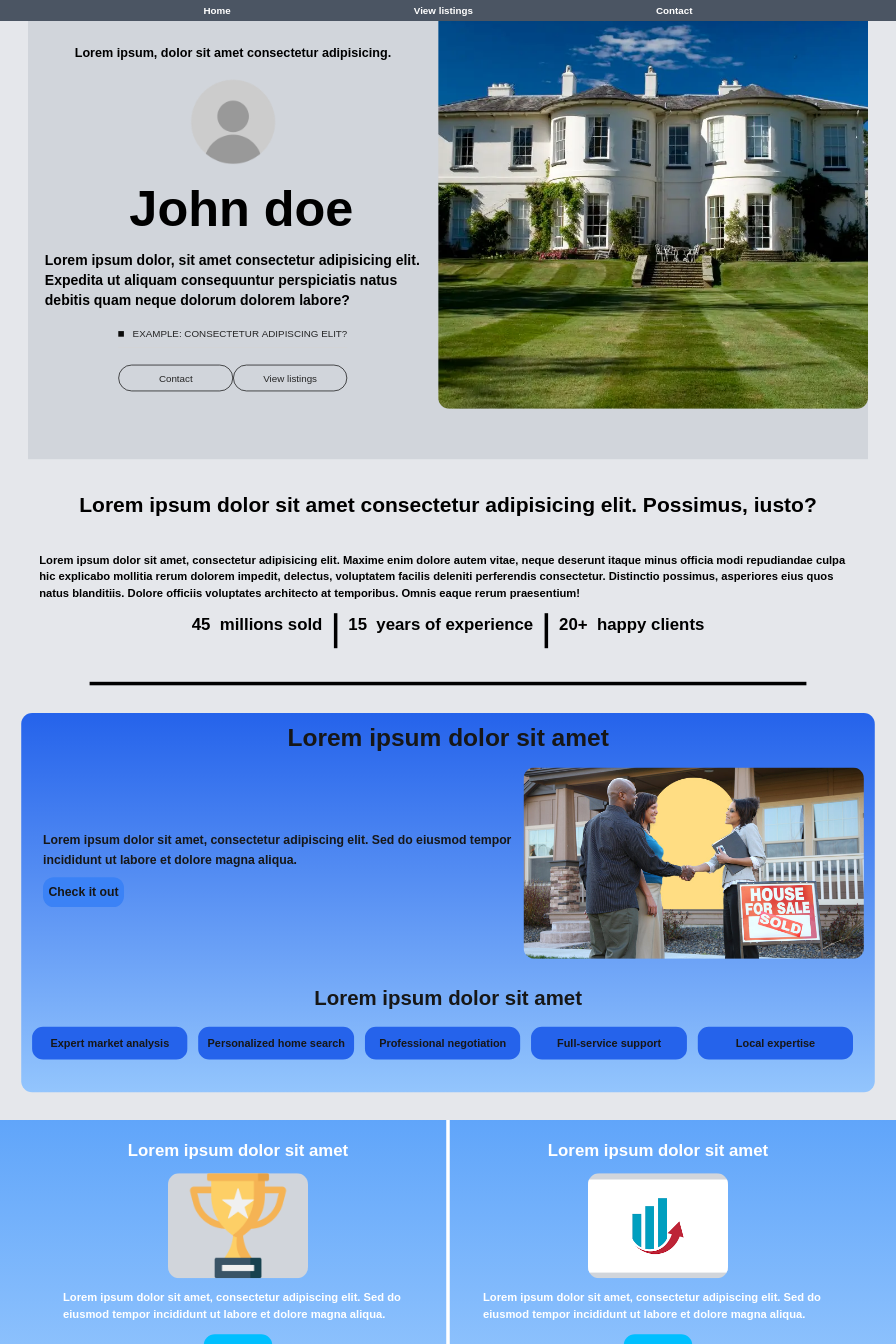
Repository: TMuse333/single-page-real-estate
Page: / (app in frontend/)
An editor plug-in stored every save of this project. The page is shown before and after the next save, followed by the edit.
The browser window is 1280 px wide. The pictures show the part of the page from y = 0 to 1920 px (the page is 6391 px tall), at 70% of full size.
The project was rebuilt for these pictures with package versions that can differ from the ones it lists, and the page was loaded fresh each time. The framework's server and built-in components were replaced by stand-ins that run in the browser. Also part of the build but not shown: frontend/next.config.mjs.

Above is the page before, as saved 2024-12-05 15:41:09.

### frontend/src/app/layout.tsx
import { ContextProvider } from "@/context/context";
import type { Metadata } from "next";
import localFont from "next/font/local";
import "./globals.css";

const geistSans = localFont({
  src: "./fonts/GeistVF.woff",
  variable: "--font-geist-sans",
  weight: "100 900",
});
const geistMono = localFont({
  src: "./fonts/GeistMonoVF.woff",
  variable: "--font-geist-mono",
  weight: "100 900",
});

export const metadata: Metadata = {
  title: "Bonnie Hutchins",
  description: "A sample website for Bonnie Hutchins",
};

export default function RootLayout({
  children,
}: Readonly<{
  children: React.ReactNode;
}>) {
  return (
    <html lang="en">
      <ContextProvider>


      <body
        className={`${geistSans.variable} ${geistMono.variable} antialiased`}
      >
        {children}
      </body>
      </ContextProvider>
    </html>
  );
}

### frontend/src/app/page.tsx
"use client"


import AuroraHero from "../components/auroraHero/auroraHero";
import CountUpStats from "../components/countUpStats/countUpStats";
import ExperienceCard from "../components/experienceCard/experienceCard";
import { experienceCard1, experienceCard2 ,experienceCard3,
 displayBox1, displayBox2,blogData, closingStatement, contactCard} from "@/data/data";
// import ImageTextBox from "./components/imageTextBox/imageTextBox";
import DisplayBoxes from "../components/displayBox/displayBox";
import Testimonials from "../components/testimonials/testimonials";
import ScrollCarousel from "../components/scrollCarousel/scrollCarousel";
import Closer from "../components/closer/closer";
import BigNav from "../components/navbar/bigNav";
import Footer2 from "../components/footer/footer";
import ContactCard from "../components/contactCard/contactCard";
import Herobanner from "@/components/herobanner/herobanner";
export default function Home() {
  return (
    <>

   <main className="relative w-screen overflow-x-hidden
   bg-gray-200 ">
   <BigNav
    excludedLink=""
    />
    {/* <AuroraHero/> */}
    <Herobanner/>
    <CountUpStats
    number1="45"
    number2="15.5"
    number3="20"/>

<ExperienceCard
    {...experienceCard2}
    />

    <DisplayBoxes
    data={displayBox1}
    />



<ExperienceCard
    {...experienceCard3}
    />



    <DisplayBoxes
    data={displayBox2}
    />

  <ExperienceCard
    {...experienceCard1}
    />

    <Testimonials/>

    <ScrollCarousel
    images={blogData}
    bgImage
    />



    <Closer
    {...closingStatement}
    />

<ContactCard
    {...contactCard}
    />

    <Footer2
    excludedLink=""
    />


   </main>
   </>
  );
}

### frontend/src/context/context.tsx
"use client"

import React, { createContext, useState, useContext, ReactNode, useEffect } from 'react';

// Define the type for the context value
interface GeneralContextType {

  isMobile: boolean;
  setIsMobile: React.Dispatch<React.SetStateAction<boolean>>;
  heroInView: boolean;
  setHeroInView: React.Dispatch<React.SetStateAction<boolean>>;


}

// Create the context
export const GeneralContext = createContext<GeneralContextType | undefined>(undefined);

// Create a provider component
export const ContextProvider: React.FC<{ children: ReactNode }> = ({ children }) => {
  // Initialize the value state


  // Detect mobile devices
  const [isMobile, setIsMobile] = useState<boolean>(true);

const [heroInView, setHeroInView] = useState(true)





  useEffect(() => {
    const handleScroll = () => {
      if (typeof window !== 'undefined') {
        setIsMobile(window.innerWidth <= 865);
      }
    };

    if (typeof window !== 'undefined') {
      window.addEventListener('scroll', handleScroll);
      handleScroll(); // Initial check
    }

    return () => {
      if (typeof window !== 'undefined') {
        window.removeEventListener('scroll', handleScroll);
      }
    };
  }, []);


  useEffect(() => {
    console.log('is mobile', isMobile);
  }, [isMobile]);

  const contextValue = {

    isMobile,
    setIsMobile,
    heroInView, setHeroInView

  };

  return <GeneralContext.Provider value={contextValue}>{children}</GeneralContext.Provider>;
};

export const useGeneralContext = (): GeneralContextType => {
  const context = useContext(GeneralContext);
  if (!context) {
    throw new Error('useGeneralContext must be used within a ContextProvider');
  }
  return context;
};

### frontend/src/components/countUpStats/countUpStats.tsx
"use client"
import React, {useRef} from "react";
import CountUp from "react-countup";
import { useInView} from 'framer-motion'

interface Props {
  number1: string;
  number2: string;
  number3: string;
}

const CountUpStats: React.FC<Props> = ({ number1, number2, number3 }) => {

    const ref = useRef(null)
    const inView = useInView(ref,{
        once:true
    })
  return (
    <>
    <section   ref={ref}
    className="mx-auto w-screen max-w-[1200px]
    text-black">
         <h2 className="text-center px-4 font-bold text-2xl sm:text-3xl
         my-12">Lorem ipsum dolor sit amet consectetur adipisicing elit. Possimus, iusto?</h2>
         <p className="font-semibold px-4">
            Lorem ipsum dolor sit amet, consectetur adipisicing elit. Maxime enim dolore autem vitae, neque deserunt itaque minus officia modi repudiandae culpa hic explicabo mollitia rerum dolorem impedit, delectus, voluptatem facilis deleniti perferendis consectetur. Distinctio possimus, asperiores eius quos natus blanditiis. Dolore officiis voluptates architecto at temporibus. Omnis eaque rerum praesentium!
         </p>

    <section

      className="flex mx-auto flex-col justify-center items-center mt-4
      md:flex-row font-semibold"
    >

      {/* Number 1 */}
      <div className="text-2xl mb-6 flex flex-col
      justify-center md:flex-row items-start ">
        <CountUp start={0}
          end={inView ? parseInt(number1) : 0}
         duration={2} />
         &nbsp; millions sold
         <div className="w-[50vw] h-[5px] bg-black mb-6
      md:h-[50px] md:w-[5px] mx-4 " />
      </div>

      {/* Divider */}


      {/* Number 2 */}
      <div className="text-2xl mb-6 flex flex-col
      justify-center md:flex-row items-start ">
        <CountUp start={0}
          end={inView ? parseInt(number2) : 0}
         duration={2} />
         &nbsp; years of experience
         <div className="w-[50vw] h-[5px] bg-black mb-6
      md:h-[50px] md:w-[5px] mx-4 " />
      </div>

      {/* Number 3 */}
      <div className="text-2xl mb-6 flex flex-col
      justify-center md:flex-row items-start mb-auto">
        <CountUp start={0}
          end={inView ? parseInt(number3) : 0}
         duration={2} />
         +&nbsp; happy clients

      </div>
    </section>
    </section>

    <div className="w-[80vw] max-w-[1200px]
    mx-auto h-[5px] bg-black"
    />

    </>
  );
};

export default CountUpStats;

### frontend/src/components/displayBox/displayBox.tsx
import React from "react";
import Image from 'next/image'
import Link from "next/link";


interface ElementProps {
    title:string,
    src:string,
    alt:string,
    description:string,
    buttonText:string,
    destination:string
}

const Element:React.FC<ElementProps> = ({
    title,src,alt,description,buttonText,
    destination
}) => {

    return (
        <section className="w-[90vw] mx-auto flex
        mt-2
        flex-col justify-center items-center relative

        sm:w-[45vw] max-w-[500px] mb-8">
            <h2 className="text-white text-center
            text-2xl mb-4 font-semibold">{title}</h2>
            <Image
            src={src}
            alt={alt}
            width={600}
            height={1300}
            className='w-[40vw]  h-[20vw]
            max-h-[150px] mx-auto object-contain
            max-w-[200px] bg-gray-300 rounded-2xl'
            />
            <p className="text-white my-4 font-semibold">{description}</p>
            <button className="bg-[#00bfff]
            p-2 rounded-2xl text-white">
                <Link href={destination}>
                    {buttonText}
                </Link>
            </button>


        </section>

    )
}

interface DisplayBoxProps {
    data:ElementProps[]
}

    const DisplayBoxes:React.FC<DisplayBoxProps> = ({
        data
    }) => {

        return (
            <section className="w-screen relative
            bg-gradient-to-b from-blue-400 to-blue-300 "
            >


            <section className="flex flex-col
            sm:grid grid-cols-2 justify-center
            items-center max-w-[1200px]
            mx-auto bg-gradient-to-b from-blue-400 to-blue-300
             pt-5">
                <div className="absolute
                top-1/2 w-full
                 sm:top-0
                left-1/2 -translate-x-1/2 h-[5px]
                 md:h-full
                sm:w-[5px] bg-white"/>
                {data.map((data, index) => (
                    <Element
                    {...data}
                    key={index}
                    />
                ))}
            </section>
            </section>

        )
    }


    export default DisplayBoxes

### frontend/src/components/closer/closer.tsx
"use client"

import React, { useRef} from "react";
import Link from "next/link";
import {motion, useInView} from 'framer-motion'
import Image from "next/image";


interface Props {
    image:string,
    title:string,
    description:string,
    buttonText:string,
    destination:string

}

const Closer: React.FC<Props> = ({image,title,description,
destination,buttonText}) => {

    const ref = useRef(null)

    const inView = useInView(ref,{
        once:true
    })

      const variants = {
        initial:{
            opacity:0,
            x:-100
        },
        animate:{
            x:0,
            opacity:1,
            transition:{
                opacity:{
                    duration:0.5
                }
            }
        }

      }

      const textVariants = {
        initial:{
            y:-20,
            opacity:0
        },
        animate:{
            opacity:1,
            y:0,
            transition:{
                delay:0.5
            }
        }
      }

    return (
        <motion.section ref={ref}

        className={`w-screen text-white h-[600px]
        relative flex flex-col items-center justify-center
        bg-center
        `}
        variants={variants}
        initial='initial'
        animate={inView ? 'animate' : 'initial'}
        >
            <Image src={image}
            alt="A background image of cash to signifies how you cash sell your houses fast for cash with ontario cash for houses"
            className='absolute w-full h-full
            object-cover'
                style={{
                    filter:'brightness(0.6)'
                }}
                width={600}
                height={1300}
            />

            <motion.div className="-mt-12 relative z-[4]"
              variants={textVariants}
              initial='initial'
              animate={inView ? 'animate' : 'initial'}>
            <motion.h4

            className="pl-4 text-3xl  ">{title}
            </motion.h4>

            <p className="mt-4 text-left pl-4 pr-4
            max-w-[800px] sm:text-xl ">{description}</p>

            <Link href={destination}
            passHref>
                <button className="mt-6 text-black
                bg-white ml-4 hover:bg-blue-500
                transition-all hover:text-white
                hover:scale-[1.05] p-3
                rounded-xl">
                {buttonText}
                </button>
            </Link>
            </motion.div>
        </motion.section>
    )
}

export default Closer

### frontend/src/components/contactCard/contactCard.tsx
import Image from "next/image";
import Link from "next/link";
import React from "react";



interface Props {
    src:string,
    alt:string,
    name:string,
    title:string
    description:string,
    quote:string
    phone:string,
    email:string,
    socials:{
        src:string,
        destination:string,
        alt:string
    }[]
}


const ContactCard:React.FC<Props> = ({
    src,alt,name,
    phone,email,socials,title,quote
}) => {


    return (
        <section className="mx-auto flex flex-col
        md:flex-row max-w-[1200px] my-12">
            <section className="text-center
            md:w-[33vw] max-w-[400px]">
                <h3 className="mb-2 font-bold
                text-3xl">{name}</h3>
                <h4 className="mb-2 font-semibold
                whitespace-pre-line">{title}</h4>
                <p className="mb-2 px-4">{quote}</p>
            </section>
            <section className="md:w-[33vw] max-w-[400px]">
                <Image
                src={src}
                alt={alt}
                className='w-[70vw]
                object-contain mx-auto
                max-w-[200px] hax-h-[250px]'
                width={600}
                height={1300}
                />
            </section>
            <section className="text-center  md:w-[33vw] max-w-[400px]">
                <h3 className="mb-2 text-2xl font-semibold">Contact Information</h3>
                <p className="mb-2 font-semibold">{phone}</p>
                <p className="mb-2 font-semibold whitespace-pre-line

                leading-6">{email}</p>
                {/* <ul className="flex items-center w-full
                ">
                    {socials.map((social,index)=>(
                        <li className="mx-auto"
                        key={index}
                        >
                            <Image
                            src={social.src}
                            alt={social.alt}
                            className='w-[100px]
                            object-contain'
                            width={600}
                            height={1300}
                            />
                            <Link
                            href={social.destination}
                            />
                        </li>
                    ))}
                </ul> */}
            </section>

        </section>
    )
}

export default ContactCard

### frontend/src/components/herobanner/herobanner.tsx
import Image from "next/image";
// import Link from "next/link";
import React from "react";
// import tom from '../../../public/thomas-full-body-1-nogb.png'
// import full from '../../../public/smile-tom.png'
import side from '../../../public/placeholder.png'
import home from '../../../public/home.webp'
import { TypeWriter } from "../typeWriter/typeWriter";
// import half from '../../../public/smiley-tom-half.png'
const Herobanner = () => {

    return (


       <header className="flex flex-col md:flex-row
       md:h-screen relative items-center
       mx-auto max-w-[1200px] text-black
       md:mt-[-4rem]  bg-gray-300"
    //    style={{
    //     background: 'radial-gradient(circle, #00bfff -150%, rgba(0, 191, 255, 0%) 80%)'
    //   }}
      >

        <section className="flex flex-col
        md:w-[50vw] justify-center
        items-center bg-gray-300 py-4">
             <h2 className="mx-auto p-3
             text-center
           text-lg mt-4 font-semibold ">
           Lorem ipsum, dolor sit amet consectetur adipisicing.

            </h2>


            <Image
            src={side}


            height={600}
            width={1300}
            alt='A full body image of Thomas Musial'
            className="w-[80vw] h-[20vh] object-contain mx-auto
           rounded-full bg-gray-600 md:bg-transparent

            "
            />
            <h1 className="font-semibold
            text-5xl sm:text-6xl md:text-7xl
             mt-4 text-center md:text-start md:pl-6">John doe</h1>
            <p className="mx-auto p-6 font-semibold
            text-xl">
              Lorem ipsum dolor, sit amet consectetur adipisicing elit. Expedita ut aliquam consequuntur perspiciatis natus debitis quam neque dolorum dolorem labore?
            </p>
            <TypeWriter
            />
            {/* <section className="flex mr-auto ml-6">
                <button className="bg-[#00bfff] p-3
                rounded-2xl mr-6">Contact</button>
                <button className="bg-[#00bfff] p-3
                rounded-2xl mr-6">View listings</button>
            </section> */}
            </section>

            <Image
            src={home}


            height={600}
            width={1300}
            alt='A full body image of Thomas Musial'
            className="w-[48vw] hidden rounded-2xl  object-cover mx-auto
 bg-gray-300  md:block h-[80vh] mt-auto mb-auto


            "
            />






       </header>
    )
}

export default Herobanner

### frontend/src/components/slidingText/slidingText.tsx
import React, { useRef, useState } from "react";
import { motion, useScroll, useTransform, useMotionValueEvent } from "framer-motion";
import { useGeneralContext } from "@/context/context";

interface TextProps {
    text: string;
    setSlideComplete?: React.Dispatch<React.SetStateAction<boolean>>;
    reverse?:boolean,
    subText?:string
}

const SlidingText: React.FC<TextProps> = ({ text, setSlideComplete,
reverse,subText }) => {
    // Reference to the target element to track scroll position
    const targetRef = useRef(null);

    const {isMobile} = useGeneralContext()

    // State to track when slide is complete
    const [slideComplete, setLocalSlideComplete] = useState(false);

    // Get scroll progress relative to the targetRef
    const { scrollYProgress } = useScroll({
        target: targetRef,
        offset: ["end end", "end start"], // Adjust these offsets as needed
    });

    // Transform scroll progress to x position, scale, and opacity
    const x = useTransform(scrollYProgress, [0, isMobile ? 0.4 : 0.6], [!reverse ? 350 : -350, 0]); // Adjust as needed
    const opacity = useTransform(scrollYProgress, [0, 0.2, 0.55], [0, 0.0, 1]);

    // Monitor changes in the `x` value and set `slideComplete` to true when x reaches 0


    useMotionValueEvent(x,"change",(latest) => {
        if(latest === 0 && !slideComplete){
            setLocalSlideComplete(true)
            if (setSlideComplete) {
                console.log('skdie complete true')
                setSlideComplete(true);
            }
        }

    })

    return (
        <div ref={targetRef}>
            <motion.h2
                className=" bg-gradient-to-b from-white to-gray-300 bg-clip-text text-transparent
                text-3xl sm:text-4xl md:text-5xl lg:text-6xl font-semibold text-center relative transition-colors
                mb-8"
                // style={!slideComplete ? { x, opacity } : {}} // Apply the animated styles
                style={{ x, opacity }}
                // Apply the gradient flow when slideComplete is true
                whileInView={
                    slideComplete
                        ? {
                              backgroundImage: [
                                  "linear-gradient(to right, #00e0ff, #00a2e4, #00e0ff)", // Default colors
                                  "linear-gradient(to right, #33e8ff, #33b5d6, #33e8ff)", // Brighter colors
                                  "linear-gradient(to right, #00e0ff, #00a2e4, #00e0ff)",  // Back to default
                              ],
                              transition: {
                                  repeat: Infinity,
                                  repeatType: "mirror",
                                  duration: 3, // Control how fast the gradient oscillates
                              },
                          }
                        : {}
                }
            >
                {text}
            </motion.h2>
            {subText && (
                <motion.h3 className={`w-[80vw] mx-auto text-xl
                transition-opacity
                sm:text-2xl ${slideComplete ? 'opacity-1' : 'opacity-0'}`}>
                    {subText}
                </motion.h3>
            )}
        </div>
    );
};

export default SlidingText;

Loaded but not shown: frontend/src/app/globals.css (common file); frontend/tailwind.config.ts (common file); frontend/src/components/navbar/bigNav.tsx (512 lines, source omitted); frontend/src/components/experienceCard/experienceCard.tsx (191 lines, source omitted); frontend/src/data/data.ts (173 lines, source omitted); frontend/src/components/testimonials/testimonials.tsx (127 lines, source omitted); frontend/src/components/scrollCarousel/scrollCarousel.tsx (161 lines, source omitted); frontend/src/components/footer/footer.tsx (178 lines, source omitted); frontend/src/components/typeWriter/typeWriter.tsx (129 lines, source omitted)

After the next save:
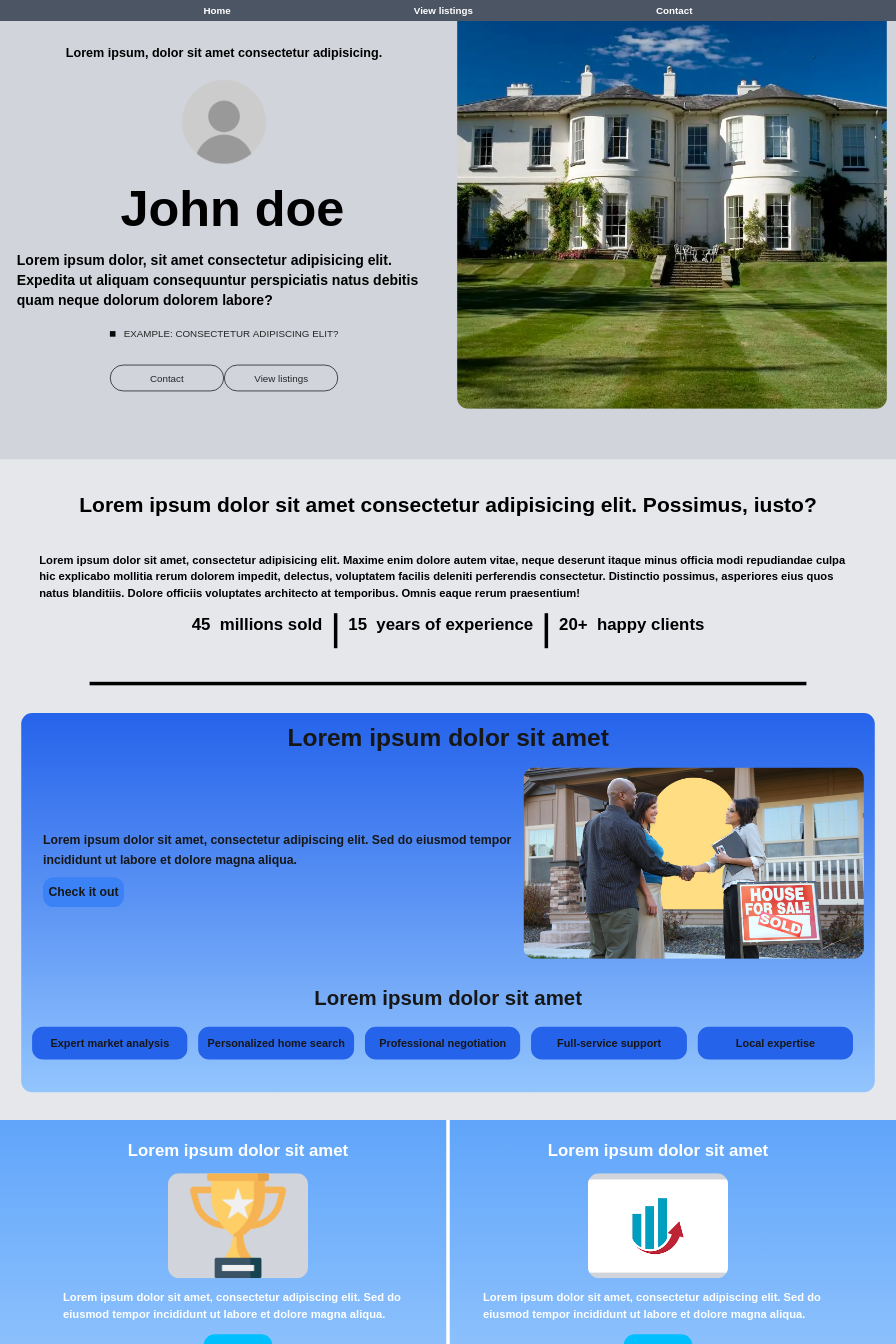
Saved 35 s later.
--- a/frontend/src/components/herobanner/herobanner.tsx
+++ b/frontend/src/components/herobanner/herobanner.tsx
@@ -14,7 +14,7 @@ const Herobanner = () => {
 
        <header className="flex flex-col md:flex-row
        md:h-screen relative items-center
-       mx-auto max-w-[1200px] text-black
+       mx-auto max-w-[2200px] text-black
        md:mt-[-4rem]  bg-gray-300"
     //    style={{
     //     background: 'radial-gradient(circle, #00bfff -150%, rgba(0, 191, 255, 0%) 80%)'
